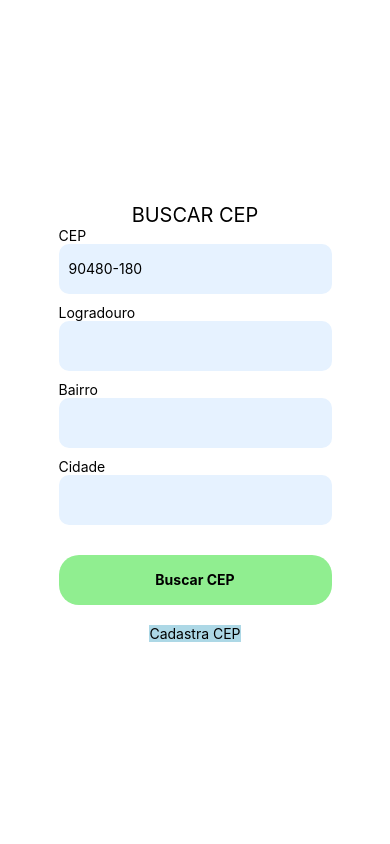
Repository: GustavoMSevero/registerCep
Page: /
An editor plug-in stored every save of this project. The page is shown before and after the next save, followed by the edit.
The browser window is 390 px wide. The pictures show the whole page.
The app was drawn by React Native's web renderer in a window 390 px wide. The project was rebuilt for these pictures with package versions that can differ from the ones it lists, and the page was loaded fresh each time.

Above is the page before, as saved 2024-09-16 13:55:49.

After the next save:
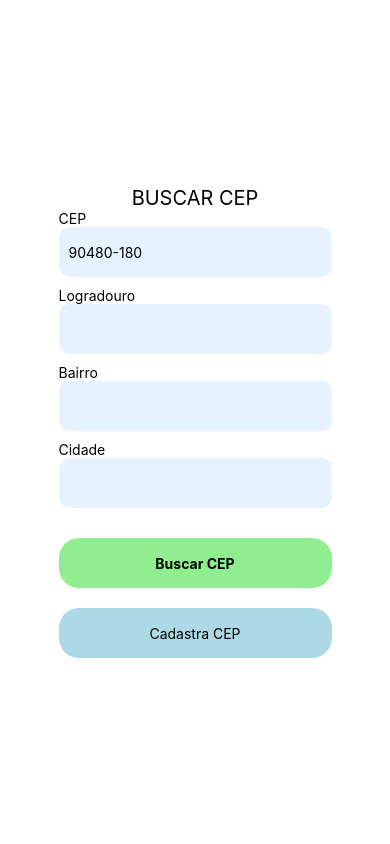
Saved 21 s later.
--- a/App.js
+++ b/App.js
@@ -109,5 +109,10 @@ const styles = StyleSheet.create({
   },
   buttonCadastra: {
     backgroundColor: "lightblue",
+    width: "70%",
+    alignItems: "center",
+    justifyContent: "center",
+    height: 50,
+    borderRadius: 20,
   }
 });
